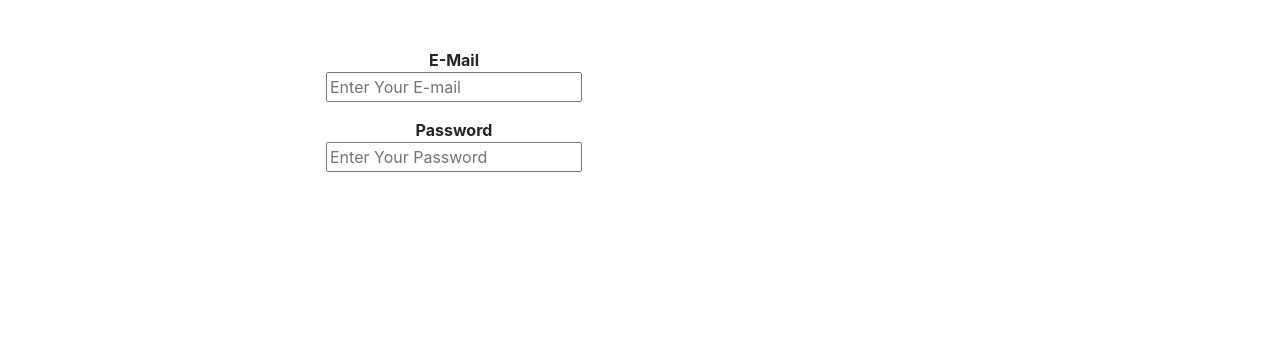
Repository: mariamkhaledsapra/E-Commerce-main
Page: /login
The author's editor kept a copy of each file at every save. The page is drawn from the files as they stood at one save, then again after a run of saves.
The browser window is 1280 px wide. The pictures show the whole page.
The project was rebuilt for these pictures with package versions that can differ from the ones it lists, and the page was loaded fresh each time. Also part of the build but not shown: src/components/Navbar.jsx.

Above is the page before, as saved 2024-02-13 21:37:46.

### public/index.html
<!DOCTYPE html>
<html lang="en">
  <head>
    <meta charset="utf-8" />
    <link rel="icon" href="%PUBLIC_URL%/favicon.ico" />
    <meta name="viewport" content="width=device-width, initial-scale=1" />
    <meta name="theme-color" content="#000000" />
    <meta
      name="description"
      content="Web site created using create-react-app"
    />
    <link href="https://cdn.jsdelivr.net/npm/bootstrap@5.1.3/dist/css/bootstrap.min.css" rel="stylesheet" integrity="sha384-1BmE4kWBq78iYhFldvKuhfTAU6auU8tT94WrHftjDbrCEXSU1oBoqyl2QvZ6jIW3" crossorigin="anonymous">

    <title>React App</title>
  </head>
  <body>
    <div id="root"></div>
  </body>
</html>

### src/index.js
import React from "react";
import ReactDOM from "react-dom/client";
import "./index.css";
import App from "./App";
import reportWebVitals from "./reportWebVitals";
import { createBrowserRouter, RouterProvider } from "react-router-dom";
import Login from "./components/Login";
import Navbar from "./components/Navbar";

const Routes = createBrowserRouter([
  {
    path: "/",
    element: <App />,
    children: [
      {
        index:true,
        element: <Navbar />,
      },
      {
        path: "/login",
        element: <Login />,
      },
    ],
  },
]);

const root = ReactDOM.createRoot(document.getElementById("root"));
root.render(
  <RouterProvider router={Routes}>
    <App />
  </RouterProvider>
);

reportWebVitals();

### src/App.js
import logo from './logo.svg';
import './App.css';
import Navbar from './components/Navbar';
import { Outlet } from 'react-router-dom';

function App() {
  return (
    <div className="App">
      <Outlet/>
    </div>
  );
}

export default App;

### src/components/Login.jsx
import React from "react";

const Login = () => {
  return (
    <div
      className="container  mt-5"
      style={{ height: "250px" }}
    >
      {" "}
      <div className="mb-3  col-8">
        <label className="col-sm-2 fw-bolder">E-Mail</label>
        <div className="">
          <input type="email" placeholder="Enter Your E-mail" />
        </div>
      </div>
      <div className="  col-8">
        <label className="col-sm-2  fw-bolder">Password</label>
        <div>
          <input type="password" placeholder="Enter Your Password" />
        </div>
      </div>
    </div>
  );
};

export default Login;

Loaded but not shown: src/index.css (common file); src/reportWebVitals.js (common file); src/App.css (common file)

After the next 3 saves:
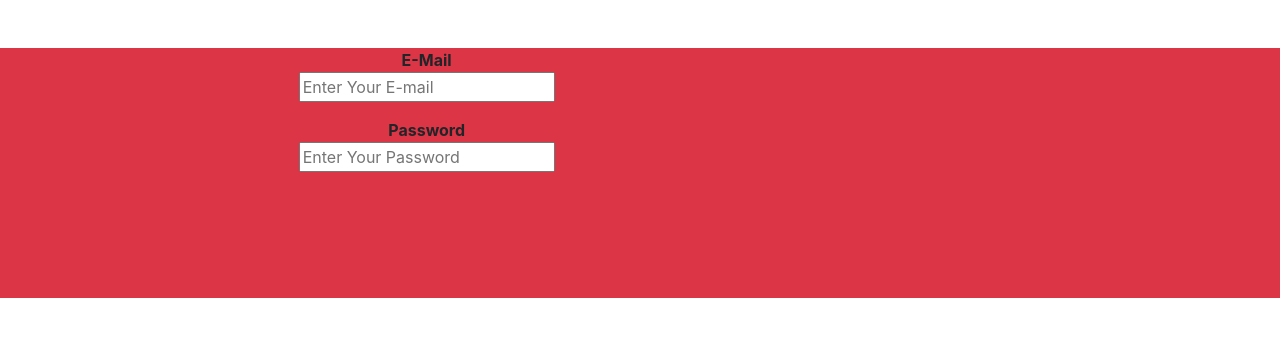
The 3 saves are shown as one change because they came seconds apart.
The last was saved 11 s later.
--- a/src/components/Login.jsx
+++ b/src/components/Login.jsx
@@ -2,10 +2,7 @@ import React from "react";
 
 const Login = () => {
   return (
-    <div
-      className="container  mt-5"
-      style={{ height: "250px" }}
-    >
+    <div className="bg-danger  mt-5" style={{ height: "250px" }}>
       {" "}
       <div className="mb-3  col-8">
         <label className="col-sm-2 fw-bolder">E-Mail</label>
